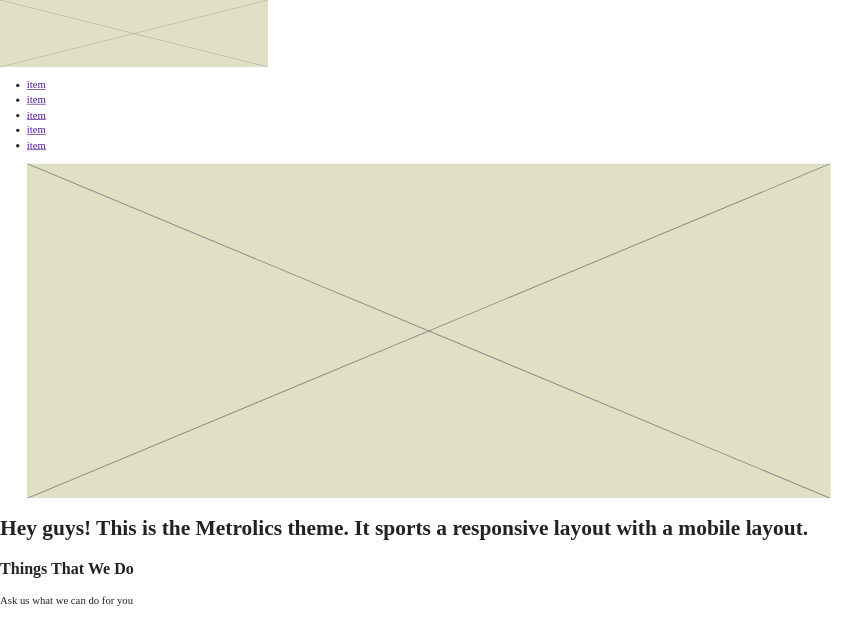
Repository: leahma1208/MDIA2003_Project1
Page: index.html
The author's editor kept a copy of each file at every save. The page is drawn from the files as they stood at one save, then again after the next save.
The browser window is 1280 px wide. The pictures show the whole page, at 67% of full size.

Above is the page before, as saved 2021-01-22 21:05:23.

### index.html
<!doctype html>
<html class="no-js" lang="">

<head>
  <meta charset="utf-8">
  <title>Leah|Lab03</title>
  <meta name="viewport" content="width=device-width, initial-scale=1">


  <link rel="manifest" href="site.webmanifest">
  <link rel="apple-touch-icon" href="icon.png">
  <!-- Place favicon.ico in the root directory -->

  <link rel="stylesheet" href="css/normalize.css">
  <link rel="stylesheet" href="css/main.css">


</head>

<body>

  <!-- Add your site or application content here -->
  <header class="page_header">
    <div class="logo">
      <img src="img/placeholder.svg" alt="logo" width="400px" height="100px">
    </div>

    <nav>
      <ul>
        <li class="nav_items"><a href="" class="">item</a></li>
        <li class="nav_items"><a href="" class="">item</a></li>
        <li class="nav_items"><a href="" class="">item</a></li>
        <li class="nav_items"><a href="" class="">item</a></li>
        <li class="nav_items"><a href="" class="">item</a></li>
      </ul>
    </nav>

  </header>

  <figure class="hero_image">
      <img src="img/placeholder.svg" alt="heroimage" width="100%" height="500px;">
  </figure>

  <header class="main_header">
  <h1>
    Hey guys! This is the Metrolics theme. It sports a responsive layout with a
    mobile layout.
  </h1>
  </header>

  <section class="about">
    <div class="about_header">
      <h2>Things That We Do</h2>
        <p>Ask us what we can do for you</p>
    </div>
  </section>










  <script src="js/vendor/modernizr-3.11.2.min.js"></script>
  <script src="js/plugins.js"></script>
  <script src="js/main.js"></script>

  <!-- Google Analytics: change UA-XXXXX-Y to be your site's ID. -->
  <script>
    window.ga = function () { ga.q.push(arguments) }; ga.q = []; ga.l = +new Date;
    ga('create', 'UA-XXXXX-Y', 'auto'); ga('set', 'anonymizeIp', true); ga('set', 'transport', 'beacon'); ga('send', 'pageview')
  </script>
  <script src="https://www.google-analytics.com/analytics.js" async></script>
</body>

</html>

### css/main.css
/*! HTML5 Boilerplate v8.0.0 | MIT License | https://html5boilerplate.com/ */

/* main.css 2.1.0 | MIT License | https://github.com/h5bp/main.css#readme */
/*
 * What follows is the result of much research on cross-browser styling.
 * Credit left inline and big thanks to Nicolas Gallagher, Jonathan Neal,
 * Kroc Camen, and the H5BP dev community and team.
 */

/* ==========================================================================
   Base styles: opinionated defaults
   ========================================================================== */

html {
  color: #222;
  font-size: 1em;
  line-height: 1.4;
}

/*
 * Remove text-shadow in selection highlight:
 * https://twitter.com/miketaylr/status/12228805301
 *
 * Vendor-prefixed and regular ::selection selectors cannot be combined:
 * https://stackoverflow.com/a/16982510/7133471
 *
 * Customize the background color to match your design.
 */

::-moz-selection {
  background: #b3d4fc;
  text-shadow: none;
}

::selection {
  background: #b3d4fc;
  text-shadow: none;
}

/*
 * A better looking default horizontal rule
 */

hr {
  display: block;
  height: 1px;
  border: 0;
  border-top: 1px solid #ccc;
  margin: 1em 0;
  padding: 0;
}

/*
 * Remove the gap between audio, canvas, iframes,
 * images, videos and the bottom of their containers:
 * https://github.com/h5bp/html5-boilerplate/issues/440
 */

audio,
canvas,
iframe,
img,
svg,
video {
  vertical-align: middle;
}

/*
 * Remove default fieldset styles.
 */

fieldset {
  border: 0;
  margin: 0;
  padding: 0;
}

/*
 * Allow only vertical resizing of textareas.
 */

textarea {
  resize: vertical;
}

/* ==========================================================================
   Author's custom styles
   ========================================================================== */

/* ==========================================================================
   Helper classes
   ========================================================================== */

/*
 * Hide visually and from screen readers
 */

.hidden,
[hidden] {
  display: none !important;
}

/*
 * Hide only visually, but have it available for screen readers:
 * https://snook.ca/archives/html_and_css/hiding-content-for-accessibility
 *
 * 1. For long content, line feeds are not interpreted as spaces and small width
 *    causes content to wrap 1 word per line:
 *    https://medium.com/@jessebeach/beware-smushed-off-screen-accessible-text-5952a4c2cbfe
 */

.sr-only {
  border: 0;
  clip: rect(0, 0, 0, 0);
  height: 1px;
  margin: -1px;
  overflow: hidden;
  padding: 0;
  position: absolute;
  white-space: nowrap;
  width: 1px;
  /* 1 */
}

/*
 * Extends the .sr-only class to allow the element
 * to be focusable when navigated to via the keyboard:
 * https://www.drupal.org/node/897638
 */

.sr-only.focusable:active,
.sr-only.focusable:focus {
  clip: auto;
  height: auto;
  margin: 0;
  overflow: visible;
  position: static;
  white-space: inherit;
  width: auto;
}

/*
 * Hide visually and from screen readers, but maintain layout
 */

.invisible {
  visibility: hidden;
}

/*
 * Clearfix: contain floats
 *
 * For modern browsers
 * 1. The space content is one way to avoid an Opera bug when the
 *    `contenteditable` attribute is included anywhere else in the document.
 *    Otherwise it causes space to appear at the top and bottom of elements
 *    that receive the `clearfix` class.
 * 2. The use of `table` rather than `block` is only necessary if using
 *    `:before` to contain the top-margins of child elements.
 */

.clearfix::before,
.clearfix::after {
  content: " ";
  display: table;
}

.clearfix::after {
  clear: both;
}

/* ==========================================================================
   EXAMPLE Media Queries for Responsive Design.
   These examples override the primary ('mobile first') styles.
   Modify as content requires.
   ========================================================================== */

@media only screen and (min-width: 35em) {
  /* Style adjustments for viewports that meet the condition */
}

@media print,
  (-webkit-min-device-pixel-ratio: 1.25),
  (min-resolution: 1.25dppx),
  (min-resolution: 120dpi) {
  /* Style adjustments for high resolution devices */
}

/* ==========================================================================
   Print styles.
   Inlined to avoid the additional HTTP request:
   https://www.phpied.com/delay-loading-your-print-css/
   ========================================================================== */

@media print {
  *,
  *::before,
  *::after {
    background: #fff !important;
    color: #000 !important;
    /* Black prints faster */
    box-shadow: none !important;
    text-shadow: none !important;
  }

  a,
  a:visited {
    text-decoration: underline;
  }

  a[href]::after {
    content: " (" attr(href) ")";
  }

  abbr[title]::after {
    content: " (" attr(title) ")";
  }

  /*
   * Don't show links that are fragment identifiers,
   * or use the `javascript:` pseudo protocol
   */
  a[href^="#"]::after,
  a[href^="javascript:"]::after {
    content: "";
  }

  pre {
    white-space: pre-wrap !important;
  }

  pre,
  blockquote {
    border: 1px solid #999;
    page-break-inside: avoid;
  }

  /*
   * Printing Tables:
   * https://web.archive.org/web/20180815150934/http://css-discuss.incutio.com/wiki/Printing_Tables
   */
  thead {
    display: table-header-group;
  }

  tr,
  img {
    page-break-inside: avoid;
  }

  p,
  h2,
  h3 {
    orphans: 3;
    widows: 3;
  }

  h2,
  h3 {
    page-break-after: avoid;
  }
}

### js/plugins.js
// Avoid `console` errors in browsers that lack a console.
(function() {
  var method;
  var noop = function () {};
  var methods = [
    'assert', 'clear', 'count', 'debug', 'dir', 'dirxml', 'error',
    'exception', 'group', 'groupCollapsed', 'groupEnd', 'info', 'log',
    'markTimeline', 'profile', 'profileEnd', 'table', 'time', 'timeEnd',
    'timeline', 'timelineEnd', 'timeStamp', 'trace', 'warn'
  ];
  var length = methods.length;
  var console = (window.console = window.console || {});

  while (length--) {
    method = methods[length];

    // Only stub undefined methods.
    if (!console[method]) {
      console[method] = noop;
    }
  }
}());

// Place any jQuery/helper plugins in here.

Loaded but not shown: css/normalize.css (library); js/vendor/modernizr-3.11.2.min.js (library); js/main.js (no stored copy; drawn as an empty file)

After the next save:
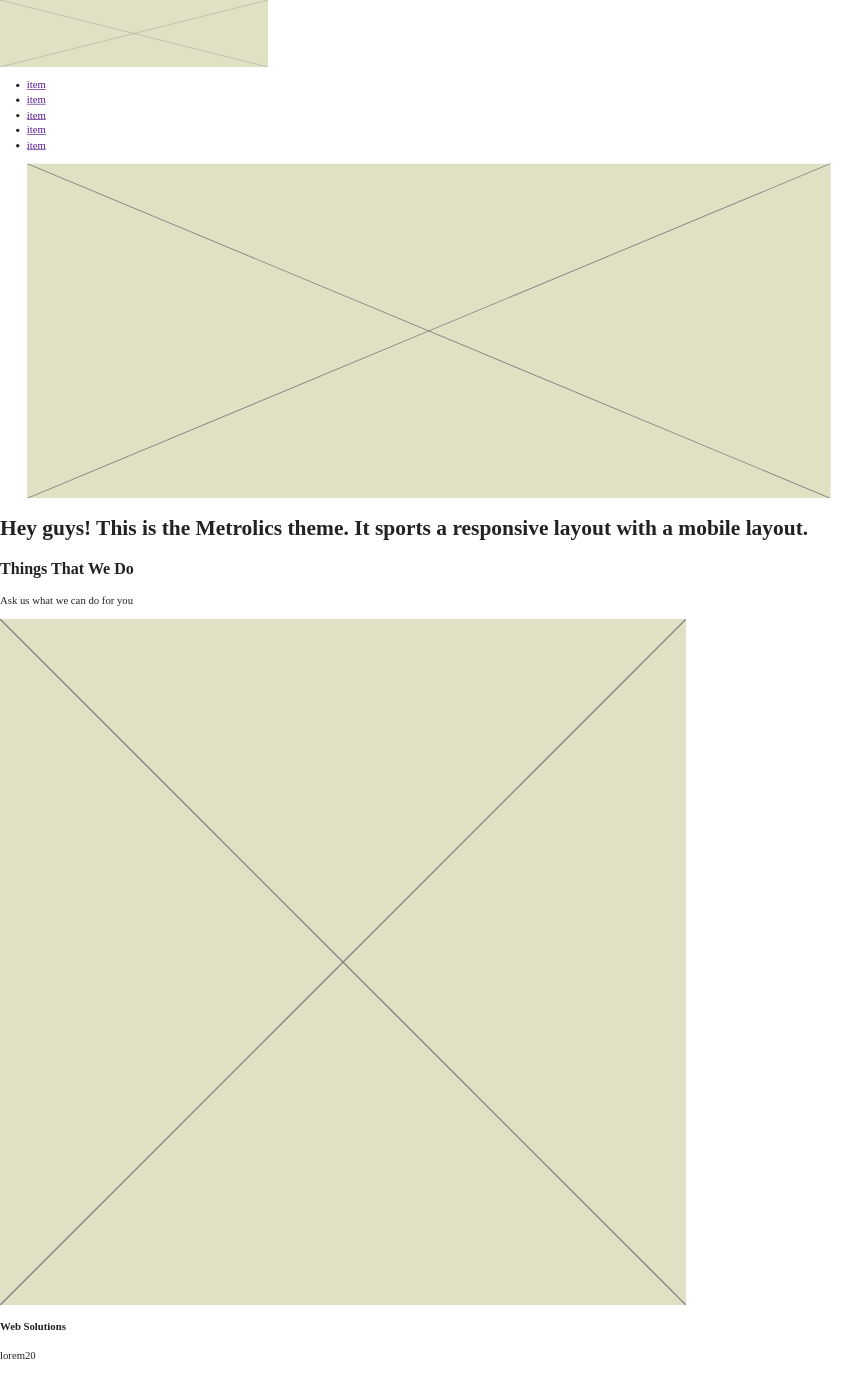
Saved 15 min 45 s later.
--- a/index.html
+++ b/index.html
@@ -53,6 +53,15 @@
       <h2>Things That We Do</h2>
         <p>Ask us what we can do for you</p>
     </div>
+
+    <div class="web_solutions">
+      <img class="solution_icon" src="img/placeholder.svg" alt="websolution icon">
+      <div class="solution_info">
+        <h4>Web Solutions</h4>
+        <p>lorem20</p>
+      </div>
+
+    </div>
   </section>
 
 
